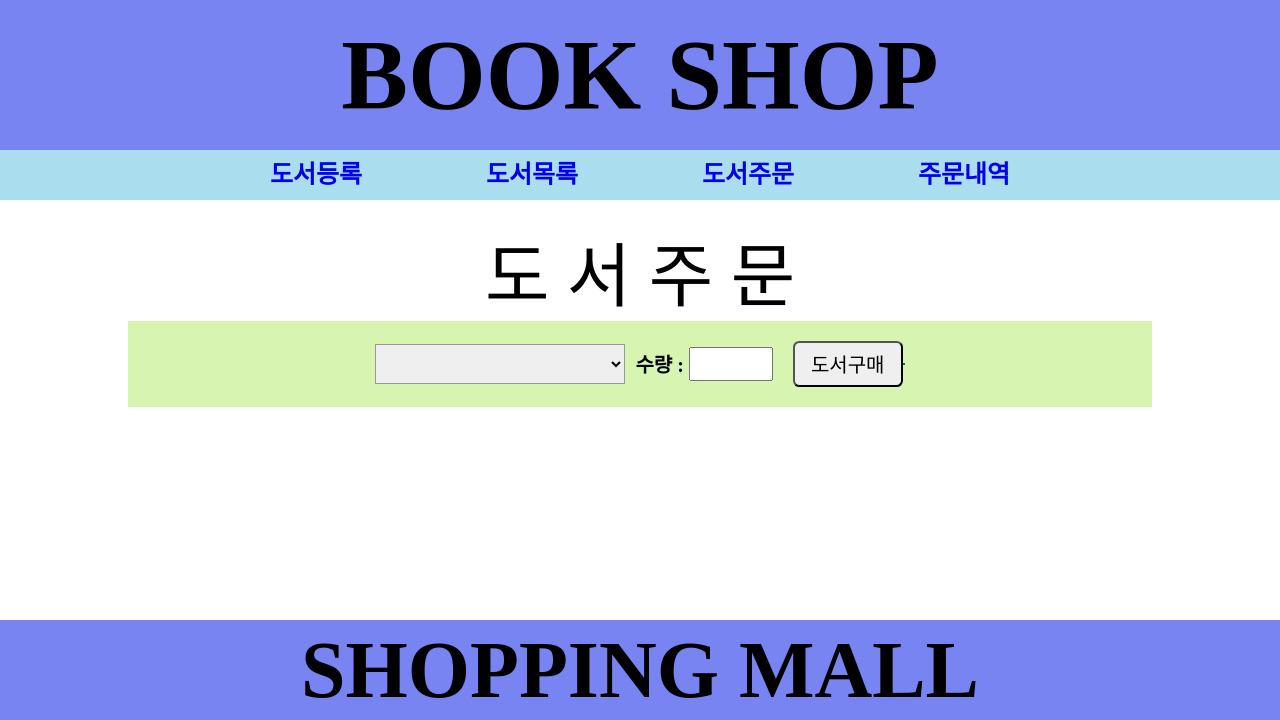
Repository: eunmiyo/BookShop
Page: http://localhost/Book/buy
These files come from the project's save history. The page is drawn as it stood at one moment and after the next save; the edit follows.
The browser window is 1280 px wide. The pictures show the whole page.
The page is served by Tomcat 9. Other server files are loaded and not shown. Queries for data that is not in the repository find no rows.

Above is the page before, as saved 2022-12-29 02:57:09.

### Book/src/main/webapp/buy.jsp
<%@ page language="java" contentType="text/html; charset=UTF-8"
    pageEncoding="UTF-8"%>

<%@ taglib prefix="c" uri="http://java.sun.com/jsp/jstl/core"%>
<!DOCTYPE html>
<html>
<head>
<meta charset="UTF-8">
<title>Insert title here</title>
<meta http-equiv="X-UA-Compatible" content="IE=edge" />
<meta name="viewport" content="width=device-width, initial-scale=1.0" />
<link rel="stylesheet" href="style.css">
</head>
<body>
	<%@ include file="top.jsp"%>
		<table class="wap">
			<caption>도 서 주 문</caption>
			<tr>
				<td>
				<select>
					<option></option>
				<c:forEach var="book" items="${buyList}" varStatus="status">
					<option>${buyList}</option>
				</c:forEach>
				</select>
				<b>수량 : </b>
				<input type="text" class="input">
				<button class="btn" type="submit">도서구매</button>
				<hr color="green">
				</td>
			</tr>
		</table>
	<%@ include file="footer.jsp"%>
</body>
</html>

### Book/src/main/webapp/top.jsp
<%@ page language="java" contentType="text/html; charset=UTF-8"
    pageEncoding="UTF-8"%>
<!DOCTYPE html>
<html>
<head>
<meta charset="UTF-8">
<title>Insert title here</title>
<link rel="stylesheet" href="style.css">
</head>
<body>
	<header>BOOK SHOP</header>
	<nav>
		<ul>
			<li><a href="add">도서등록</a></li>
			<li><a href="list">도서목록</a></li>
			<li><a href="buy">도서주문</a></li>
			<li><a href="order">주문내역</a></li>
		</ul>
	</nav>
</body>
</html>

### Book/src/main/webapp/footer.jsp
<%@ page language="java" contentType="text/html; charset=UTF-8"
    pageEncoding="UTF-8"%>
<!DOCTYPE html>
<html>
<head>
<meta charset="UTF-8">
<title>Insert title here</title>
<link rel="stylesheet" href="style.css">
</head>
<body>
	<footer>SHOPPING MALL</footer>
</body>
</html>

### Book/src/main/java/Controller/BookController.java
package Controller;

import java.io.IOException;
import java.io.PrintWriter;

import javax.servlet.ServletException;
import javax.servlet.annotation.WebServlet;
import javax.servlet.http.HttpServlet;
import javax.servlet.http.HttpServletRequest;
import javax.servlet.http.HttpServletResponse;

import DAO.BookDAO;

@WebServlet("/")
public class BookController extends HttpServlet {
	private static final long serialVersionUID = 1L;


    public BookController() {
        super();
    }

	protected void doGet(HttpServletRequest request, HttpServletResponse response) throws ServletException, IOException {
		request.setCharacterEncoding("UTF-8");
		doPro(request, response);
	}

	protected void doPost(HttpServletRequest request, HttpServletResponse response) throws ServletException, IOException {
		request.setCharacterEncoding("UTF-8");
		doPro(request, response);
	}

	protected void doPro(HttpServletRequest request, HttpServletResponse response) throws ServletException, IOException {
		String context = request.getContextPath(); // 톰캣의 ContextPath()를 가져온다.(server.xml에서 확인)
		String command = request.getServletPath(); // 경로에 맨 끝 파일명을 가져온다.
		String site = null;

		BookDAO book = new BookDAO();

		switch (command) {
		case "/" :
			site = "bookshop.jsp";
			break;
		case "/add" :
			site = "add.jsp";
			break;
		case "/insert" :
			int result = book.insert(request, response);
			response.setContentType("text/html; charset=UTF-8");
			PrintWriter out = response.getWriter();

			if(result == 1) {
				out.print("<script>");
				out.print("alert('상품이 정상적으로 등록 되었습니다!'); location.href='" + context + "/add';");
				out.print("</script>");
				out.flush();
			} else {
				out.print("<script>");
				out.print("alert('등록실패!'); location.href='" + context + "/add';");
				out.print("</script>");
				out.flush();
			}
			break;
		case "/list" :
			site = book.listAll(request, response);
			break;
		case "/delete" :
			int result2 = book.delete(request, response);
			response.setContentType("text/html; charset=UTF-8");
			out = response.getWriter();

			if(result2 == 1) { //삭제성공
				out.print("<script>");
				out.print("alert('상품삭제가 완료 되었습니다!'); location.href='" + context + "/list';");
				out.print("</script>");
				out.flush();
			} else {
				out.print("<script>");
				out.print("alert('삭제실패!'); location.href='" + context + "/list';");
				out.print("</script>");
				out.flush();
			}
		 break;
		case "/modify" :
			site = book.modify(request, response);
			break;
		case "/update" :
			int result3 = book.update(request, response);
			response.setContentType("text/html; charset=UTF-8");
			out = response.getWriter();

			if(result3 == 1) {
				out.print("<script>");
				out.print("alert('상품수정이 완료 되었습니다!'); location.href='" + context + "/list';");
				out.print("</script>");
				out.flush();
			} else {
				out.print("<script>");
				out.print("alert('수정실패!'); location.href='" + context + "/list';");
				out.print("</script>");
				out.flush();
			}
		 break;
		case "/buy" :
			site = book.buy(request, response);
			break;
		}

		getServletContext().getRequestDispatcher("/" + site).forward(request, response);
	}
}

### Book/src/main/java/DAO/BookDAO.java
package DAO;

import java.sql.Connection;
import java.sql.DriverManager;
import java.sql.PreparedStatement;
import java.sql.ResultSet;
import java.util.ArrayList;

import javax.servlet.http.HttpServletRequest;
import javax.servlet.http.HttpServletResponse;

import DTO.Book;

public class BookDAO {
	Connection conn = null;
	PreparedStatement ps = null;
	ResultSet rs = null;

	public static Connection getConnection() throws Exception {
		Class.forName("oracle.jdbc.OracleDriver");
		Connection con = DriverManager
				.getConnection("jdbc:oracle:thin:@localhost:1521:xe", "test", "test1234");
		return con;
	}

	//상품등록
	public int insert(HttpServletRequest request, HttpServletResponse response) {
		String title = request.getParameter("title");
		String writer = request.getParameter("writer");
		int price = Integer.parseInt(request.getParameter("price"));
		int stock = Integer.parseInt(request.getParameter("stock"));
		int result = 0;

		try {
			conn = getConnection();
			String sql = "INSERT INTO BOOK_LIST VALUES(BOOK_SEQ.NEXTVAL, ?, ?, ?, ?)";
			ps = conn.prepareStatement(sql);
			ps.setString(1, title);
			ps.setString(2, writer);
			ps.setInt(3, price);
			ps.setInt(4, stock);

			result = ps.executeUpdate();

			conn.close();
			ps.close();

		} catch (Exception e) {
			e.printStackTrace();
		}
		return result;
	}

	//상품조회
	public String listAll(HttpServletRequest request, HttpServletResponse response) {
		ArrayList<Book> bookList = new ArrayList<Book>();

		 try {
			 conn = getConnection();
			 String sql = "SELECT * FROM BOOK_LIST";

			ps = conn.prepareStatement(sql);
			rs = ps.executeQuery();

			while(rs.next()) {
				Book book = new Book();
				book.setNo(rs.getInt(1));
				book.setTitle(rs.getString(2));
				book.setWriter(rs.getString(3));
				book.setPrice(rs.getInt(4));
				book.setStock(rs.getInt(5));

				bookList.add(book);
			}
			request.setAttribute("bookList", bookList);

			conn.close();
			rs.close();

		 	} catch (Exception e) {
				e.printStackTrace();
		 	}

		 return "list.jsp";
	}

	//상품삭제하기
	public int delete(HttpServletRequest request, HttpServletResponse response) {
		int result = 0;

		try {
			conn = getConnection();
			int no = Integer.parseInt(request.getParameter("no"));
			String sql = "DELETE FROM BOOK_LIST WHERE BOOK_NO = " + no;

			ps = conn.prepareStatement(sql);
			result = ps.executeUpdate(); //쿼리문 실행

			conn.close();
			ps.close();

		} catch (Exception e) {
			e.printStackTrace();
		}

		return result;
	}

	//상품수정 전 화면 보여주기
	public String modify(HttpServletRequest request, HttpServletResponse response) {
		try {
			conn = getConnection();
			int no = Integer.parseInt(request.getParameter("no"));

			String sql = "SELECT TITLE, WRITER, PRICE, STOCK FROM BOOK_LIST WHERE BOOK_NO = " + no;

			ps = conn.prepareStatement(sql);
			rs = ps.executeQuery();

			Book book = new Book();

			if(rs.next()) {
				book.setTitle(rs.getString(1));
				book.setWriter(rs.getString(2));
				book.setPrice(rs.getInt(3));
				book.setStock(rs.getInt(4));
			}

			request.setAttribute("book", book);
			System.out.println("결과" + book);

			conn.close();
			ps.close();
			rs.close();

		} catch (Exception e) {
			e.printStackTrace();
		}

		return "modify.jsp";
	}

	//상품수정
	public int update(HttpServletRequest request, HttpServletResponse response) {
		String title = request.getParameter("title");
		String writer = request.getParameter("writer");
		int price = Integer.parseInt(request.getParameter("price"));
		int stock = Integer.parseInt(request.getParameter("stock"));
		int result = 0;

		try {
			conn = getConnection();

			String sql = "UPDATE BOOK_LIST SET WRITER = ?, "
					+ "PRICE = ?, STOCK = ? "
					+ "WHERE TITLE = ? ";

			ps = conn.prepareStatement(sql);
			ps.setString(1,writer);
			ps.setInt(2, price);
			ps.setInt(3, stock);
			ps.setString(4, title);

			result = ps.executeUpdate();

			conn.close();
			ps.close();

		} catch (Exception e) {
			e.printStackTrace();
		}
		return result;
	}

	//구매 리스트
	public String buy(HttpServletRequest request, HttpServletResponse response) {
		ArrayList<Book> buyList = new ArrayList<Book>();

		try {
			 conn = getConnection();
			 String sql = "SELECT TITLE||' /'||WRITER||' /'||PRICE as buyList FROM BOOK_LIST";

			ps = conn.prepareStatement(sql);
			rs = ps.executeQuery();

			while(rs.next()) {
				Book book = new Book();
				book.setTitle(rs.getString(1));
				book.setWriter(rs.getString(2));
				book.setPrice(rs.getInt(3));

				buyList.add(book);
				System.out.println("값" + buyList);
			}

			request.setAttribute("buyList", buyList);

			conn.close();
			rs.close();

		 	} catch (Exception e) {
				e.printStackTrace();
		 	}

		 return "buy.jsp";
	}
}

### Book/src/main/webapp/style.css
@charset "UTF-8";

* {
	margin: 0;
	padding: 0;
}

header {
	top: 0;
	width: 100%;
	text-align: center;
	background: #7884F1;
	color: black;
	height: 150px;
	line-height: 150px;
	font-size: 100px;
	font-weight: bold;
}

nav ul {
	height: 50px;
	line-height: 50px;
	width: 100%;
	background: #AADEEE;
	color: black;
	text-align: center;
}

nav ul li {
	list-style: none;
	padding: 0 60px;
	display: inline-block;
	font-weight: bold;
	font-size: 25px;
}

section {
	position: absolute;
	overflow: auto;
	width: 100%;
	height: 100%;
	background: white;
}

a {
	text-decoration: none;
}

a:hover {
	cursor: pointer;
}

img {
	margin: auto;
    display: block;
    padding: 100px;
    width: 40%;
}

caption {
	font-size: 70px;
	margin-top: 20px;
	text-align: center;
}

table {
	padding-top: 50px;
	background: #D7F4B1;
	margin-left:auto;
    margin-right:auto;
}

table{
	border-collapse: collapse;
	width: 50%;
	height: 60px;
	font-size: 20px;
}

.wap {
	border-collapse: collapse;
	width: 80%;
	height: 100%;
	font-size: 20px;
}

.bar {
	border-bottom: 2px solid #86CC2C;
}

tr, td, th {
	display: flex;
	justify-content: center;
	align-items: center;
	padding: 10px;
}

th{
	width: 20%;
}

.list{
	width: 20%;
	padding: 0;
}

input {
	height: 30px;
	width: 300px;
}

b {
	margin-left: 10px;
}

.input {
	margin-left: 5px;
	height: 30px;
	width: 80px;
}

.btn {
	padding: 0.4rem 1rem;
	border-radius: 0.4rem;
	font-size: 20px;
	margin-left: 20px;
	text-align: center;
}

select {
	width: 250px;
	padding: .8em .5em;
	border: 1px solid #999;
	font-family: inherit;
	border-radius: 0px;
}

footer {
	position: fixed;
	bottom: 0;
	width: 100%;
	text-align: center;
	background: #7884F1;
	color: black;
	height: 100px;
	line-height: 100px;
	font-size: 80px;
	font-weight: bold;
}

After the next save:
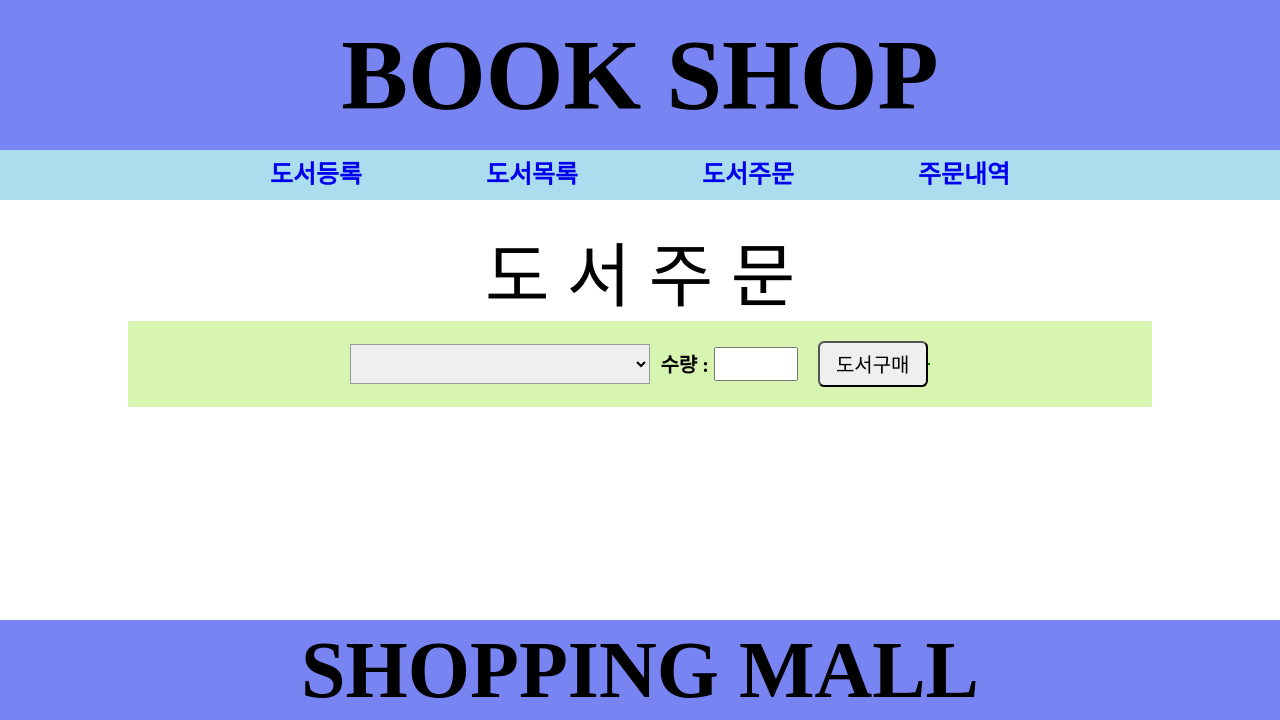
Saved 15 s later.
--- a/Book/src/main/webapp/style.css
+++ b/Book/src/main/webapp/style.css
@@ -128,7 +128,7 @@ b {
 }
 
 select {
-	width: 250px;
+	width: 300px;
 	padding: .8em .5em;
 	border: 1px solid #999;
 	font-family: inherit;
